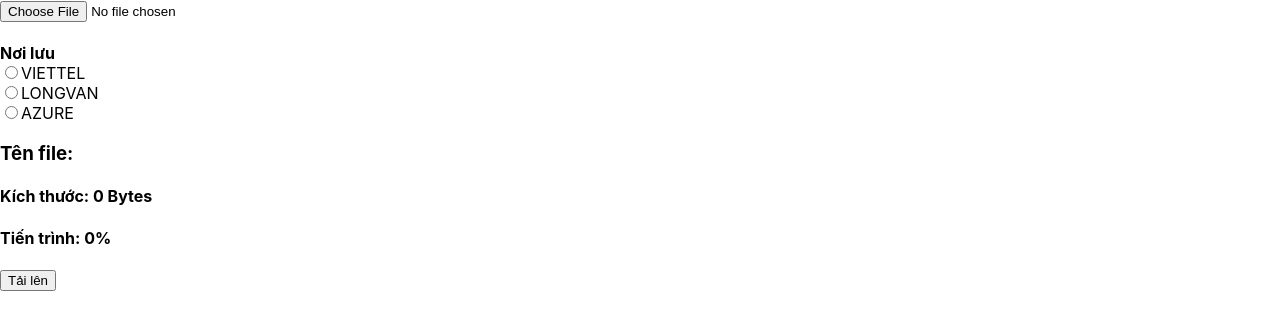
Repository: duc30012001/viettel-test-upload
Page: /
The author's editor kept a copy of each file at every save. The page is drawn from the files as they stood at one save, then again after the next save.
The browser window is 1280 px wide. The pictures show the whole page.
The project was rebuilt for these pictures with package versions that can differ from the ones it lists, and the page was loaded fresh each time. Imported but missing from the stored project, and not drawn on this page: src/reportWebVitals.

Above is the page before, as saved 2023-03-16 12:32:26.

After the next save:
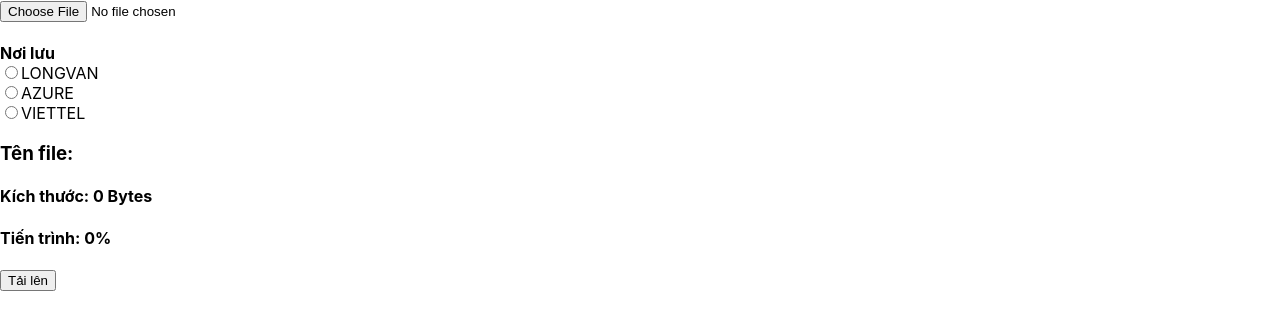
Saved 109 s later.
--- a/src/App.jsx
+++ b/src/App.jsx
@@ -2,7 +2,9 @@
 
 import React, { useState, useRef } from "react";
 import { uploadToAzure, uploadToViettel, uploadToLongVan } from "./Upload";
-import { getFileSize, convertTime } from "./helper";
+import { getFileSize } from "./helper";
+
+const DISTRIBUTOR = ["LONGVAN", "AZURE", "VIETTEL"];
 
 const App = () => {
   const fileInput = useRef(null);
@@ -50,33 +52,20 @@ const App = () => {
       <input ref={fileInput} onChange={onChange} type="file" />
       <div>
         <h4 style={{ marginBottom: 0 }}>Nơi lưu</h4>
-        <input
-          onChange={onChangeDistributor}
-          type="radio"
-          id="VIETTEL"
-          name="fav_language"
-          value="VIETTEL"
-        />
-        <label htmlFor="VIETTEL">VIETTEL</label>
-        <br />
-        <input
-          onChange={onChangeDistributor}
-          type="radio"
-          id="LONGVAN"
-          name="fav_language"
-          value="LONGVAN"
-        />
-        <label htmlFor="LONGVAN">LONGVAN</label>
-        <br />
-        <input
-          onChange={onChangeDistributor}
-          type="radio"
-          id="AZURE"
-          name="fav_language"
-          value="AZURE"
-        />
-        <label htmlFor="AZURE">AZURE</label>
-        <br />
+
+        {DISTRIBUTOR.map((item) => (
+          <>
+            <input
+              onChange={onChangeDistributor}
+              type="radio"
+              id={item}
+              name="fav_language"
+              value={item}
+            />
+            <label htmlFor={item}>{item}</label>
+            <br />
+          </>
+        ))}
       </div>
 
       <h3>Tên file: {file.name || ""}</h3>
